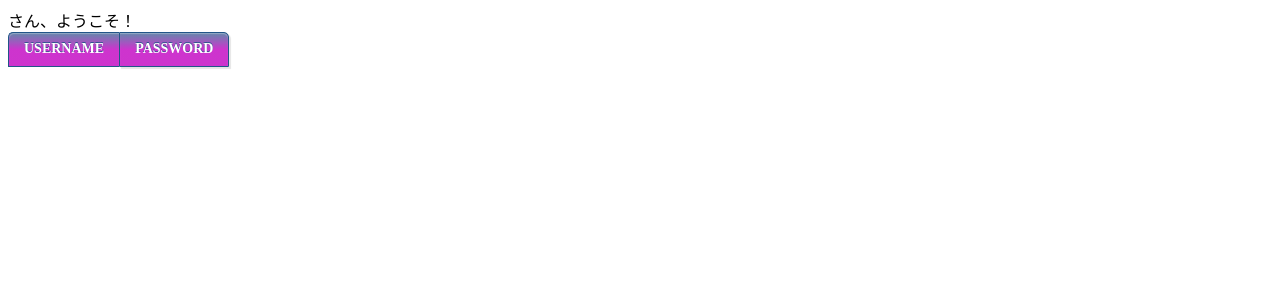
Repository: fujita0830/learning
Page: http://localhost/WebProj4/login.jsp
An editor plug-in stored every save of this project. The page is shown before and after the next save, followed by the edit.
The browser window is 1280 px wide. The pictures show the whole page.
The page is served by Tomcat 9. Other server files are loaded and not shown.

Above is the page before, as saved 2018-12-27 01:04:20.

### WebProj4/WebContent/login.jsp
<%@ page language="java" contentType="text/html; charset=UTF-8"
    pageEncoding="UTF-8"%>
<%@ taglib prefix="s" uri="/struts-tags" %>
<!DOCTYPE html PUBLIC "-//W3C//DTD HTML 4.01 Transitional//EN" "http://www.w3.org/TR/html4/loose.dtd">
<html>
<head>
<meta http-equiv="Content-Type" content="text/html; charset=UTF-8">
<link rel="stylesheet" type="text/css" href="./css/style.css">

<title>LOGIN</title>
</head>
<body>

<s:property value="LoginDTOList.get(0).username"/>さん、ようこそ！
<br>
<table>
<tbody>
<tr>
  <th>USERNAME</th>
  <th>PASSWORD</th>
</tr>
<s:iterator value="helloStrutsDTOList">
<tr>
 <td><s:property value="userId"/></td>
 <td><s:property value="userName"/></td>
 <td><s:property value="password"/></td>
 <td><s:property value="result"/></td>
</tr>
</s:iterator>
</tbody>
</table>

</body>
</html>

### WebProj4/WebContent/css/style.css
@CHARSET "UTF-8";

table{
	width:auto;
	border-spacing:0;
	font-size:14px;
}

table th{
	color:#fff;
	padding:8px 15px;
	background:#258;
	background:linear-gradient(rgba(34,85,136,0.7),rgba(200,30,200,0.9)50%);
	font-weight:bold;
	border-left:1px solid #258;
	border-top:1px solid #258;
	border-bottom:1px solid #258;
	line-height:120%;
	text-align:center;
	text-shadow:0 -1px 0 rgba(34,85,136,0.9);
	box-shadow:0px 1px 1px rgba(255,255,255,0.3) inset;
}

table th:first-child{
	border-radius:5px 0 0 0;
}
table th:last-child{
	border-radius:0 5px 0 0;
	border-right:1px solid #258;
	box-shadow:2px 2px 1px rgba(0,0,0,0.1),0px 1px 1px rgba(255,255,255,0.3)inset;
}

table tr td{
	padding:8px 15px;
	border-bottom:1px solid #84b2e0;
	border-left:1px solid #84b2e0;
	text-align:center;
}
table tr td:last-child{
	border-right:1px solid #84b2e0;
	box-shadow:2px 2px 1px rgba(0,0,0,0.1);
}

table tr:last-child td:first-child{
	border-radius: 0 0 0 5px;
}

table tr:last-child td:last-child{
	border-radius: 0 0 5px 0;
}
table tr:hover{
	background: #bbd4ee;
	cursor: pointer;
}

After the next save:
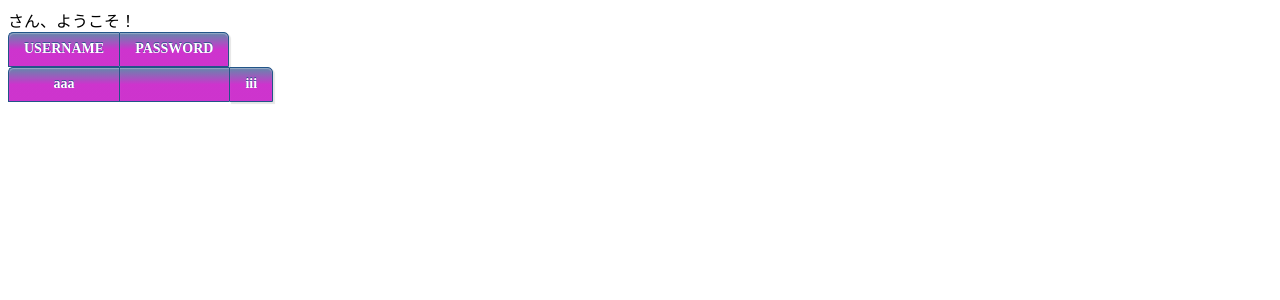
Saved 52 s later.
--- a/WebProj4/WebContent/login.jsp
+++ b/WebProj4/WebContent/login.jsp
@@ -19,14 +19,10 @@
   <th>USERNAME</th>
   <th>PASSWORD</th>
 </tr>
-<s:iterator value="helloStrutsDTOList">
 <tr>
- <td><s:property value="userId"/></td>
- <td><s:property value="userName"/></td>
- <td><s:property value="password"/></td>
- <td><s:property value="result"/></td>
+ <th>aaa<th>
+ <th>iii</th>
 </tr>
-</s:iterator>
 </tbody>
 </table>
 
